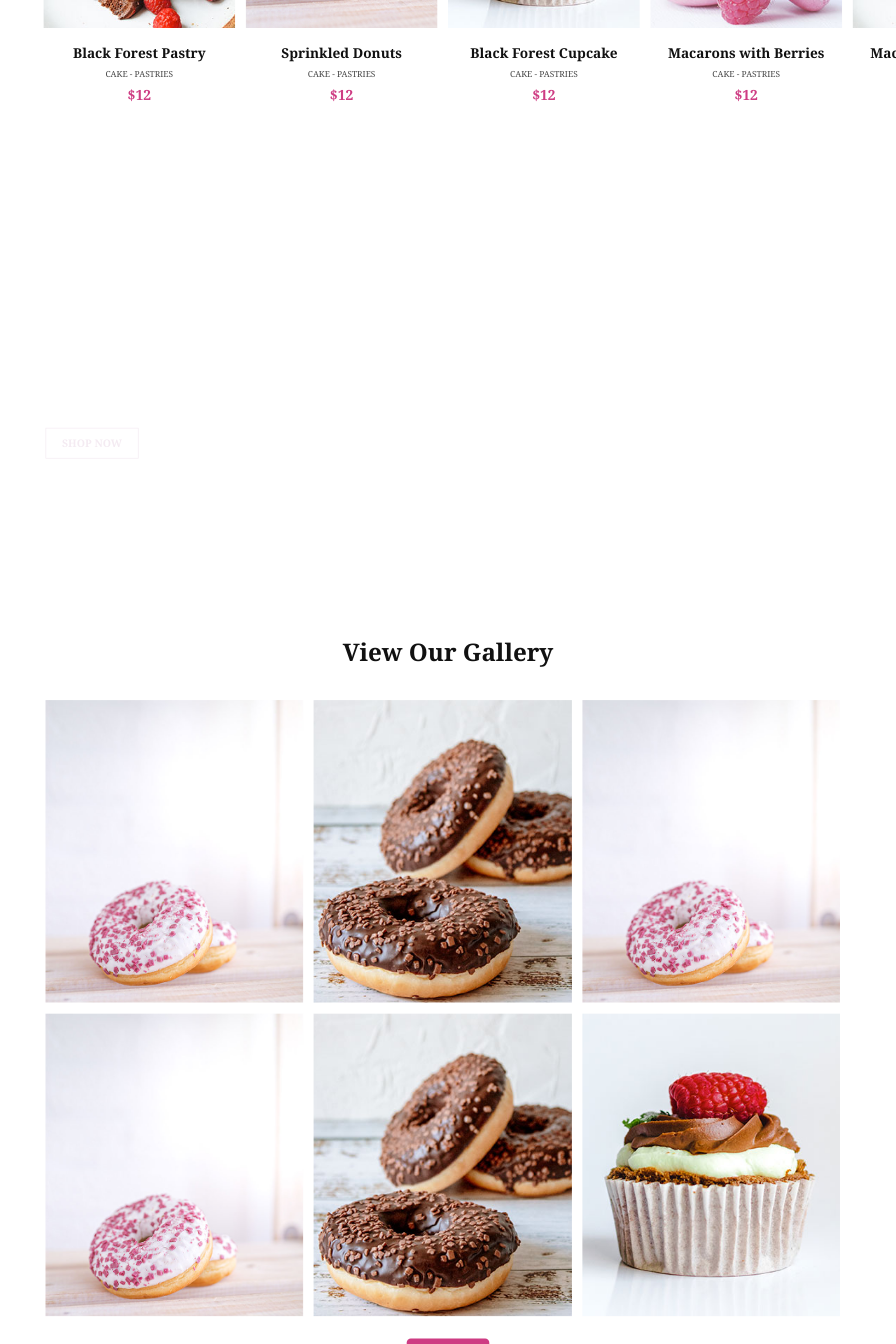
Repository: AlaaBashirSaijary/Barky
Page: http://localhost/home
An editor plug-in stored every save of this project. The page is shown before and after the next save, followed by the edit.
The browser window is 1280 px wide. The pictures show the part of the page from y = 3723 to 5643 px (the page is 8815 px tall before and 8148 px after), at 70% of full size.
Some web fonts or font styles are not loaded; a fallback is used. The page is served by the project's Laravel application, run on PHP 8.4 with Laravel 10.

Above is the page before, as saved 2023-12-15 02:52:13.

After the next save:
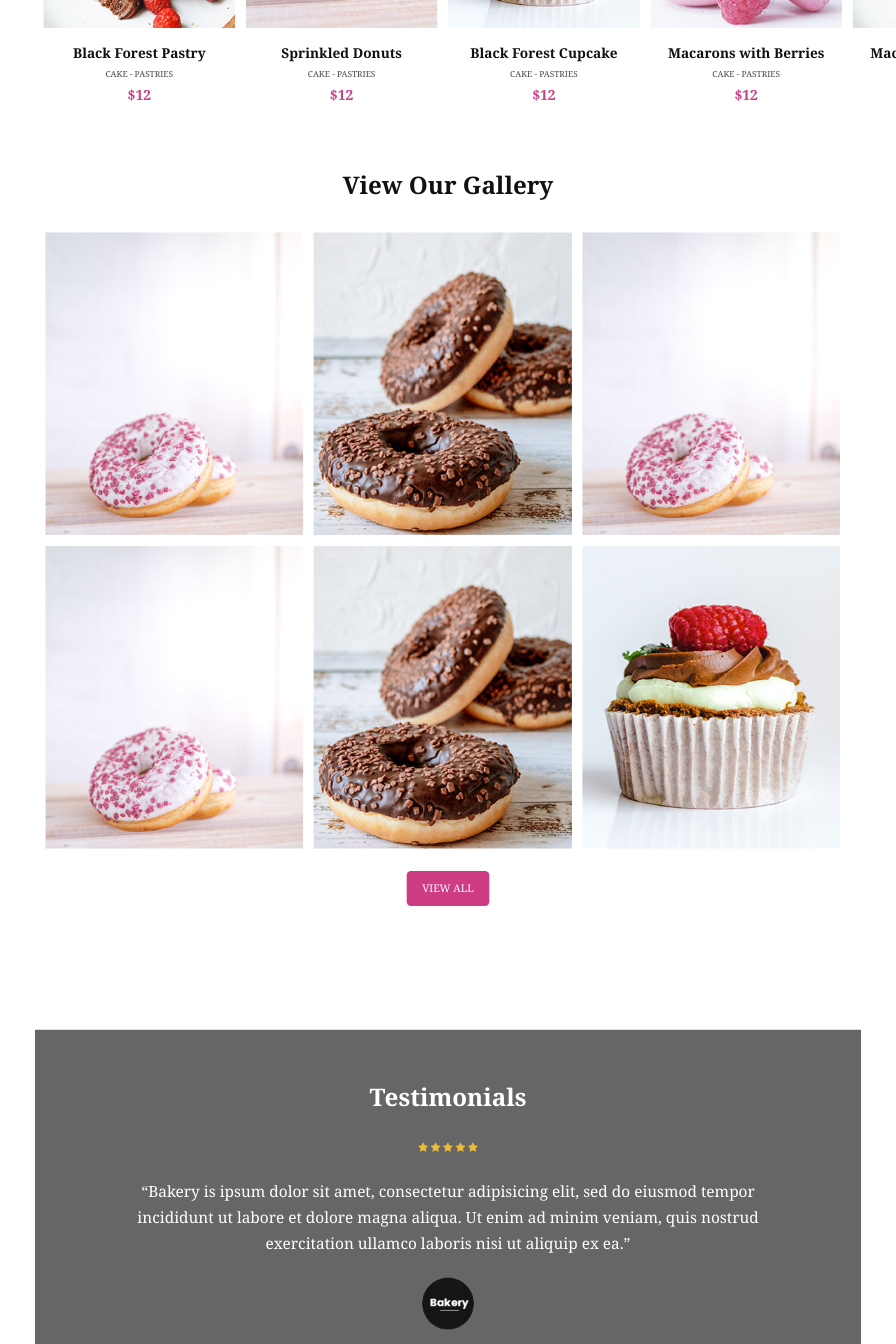
Saved 66 s later.
--- a/resources/views/pages/home.blade.php
+++ b/resources/views/pages/home.blade.php
@@ -204,26 +204,6 @@
 </section>
 
 
-<section class="special-items mb-5">
-	<div class="item-content">
-	<div class="container">
-		<div class="row">
-			<div class="col-md-6 color-white">
-				<h2 class="section-title color-white mb-4">
-					Our Special Chocolate Mousse
-				</h2>
-				<p>All of our products are made from scratch using family recipes with the highest quality ingredients. We bake and sell fresh daily to ensure only the best products are sold to our customers.</p>
-
-			<div class="pix_btn mt-4">
-				<a class="btn btn-outline-light">
-				    <span>Shop Now</span>
-		  		</a>
-			</div>
-			</div><!--item-content-->
-		</div>
-	</div>
-	</div>
-</section>
 
 
 <section class="gallery-wrap margin-medium">
